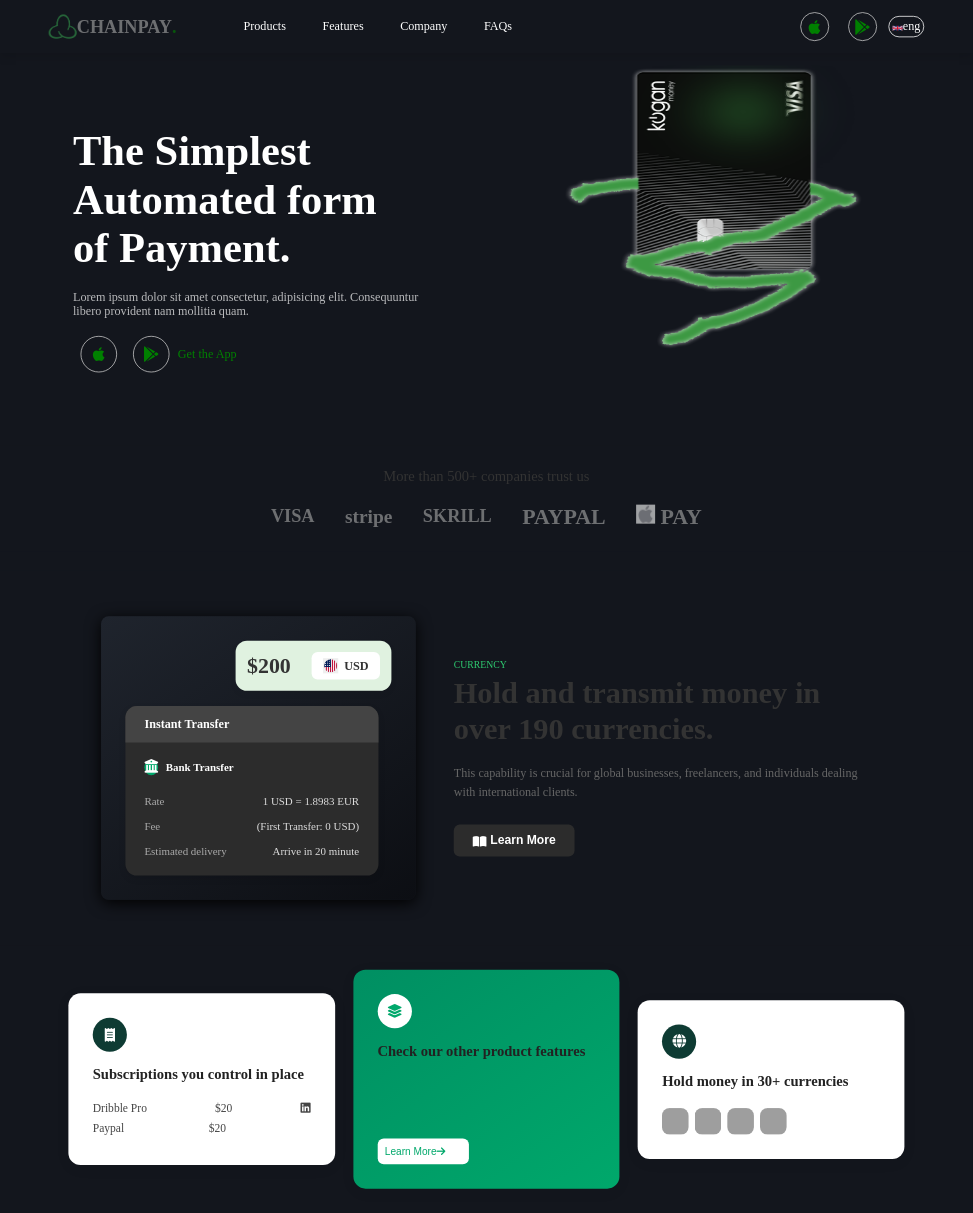
Repository: Austinokezie/Fintech-landing-page
Page: Chainpay.html
An editor plug-in stored every save of this project. The page is shown before and after the next save, followed by the edit.
The browser window is 1280 px wide. The pictures show the whole page, at 76% of full size.
Pictures or frames that could not be fetched are drawn as grey boxes. Some web libraries are served in a nearby version.

Above is the page before, as saved 2025-10-15 20:46:11.

### Chainpay.html
<!DOCTYPE html>
<html lang="en">
<head>
    <meta charset="UTF-8">
    <meta name="viewport" content="width=device-width, initial-scale=1.0">
    <title>Document</title>
    <link rel="stylesheet" href="./Chainpay.css">
    <script src="https://kit.fontawesome.com/988c5ad863.js" crossorigin="anonymous"></script>
</head>
<body>
    <nav>
        <div class="left">
            <div class="logo">
                <img src="./images/logo.png" alt="logo image">

                <span>Chainpay</span><span class="dot">.</span>

            </div>
            <ul class="links">
                <li class="link">Products</li>
                <li class="link">Features</li>
                <li class="link">Company</li>
                <li class="link">FAQs</li>

            </ul>
        </div>

        <div class="btn">
            <i class="fa-brands fa-apple"></i>
            <i class="fa-brands fa-google-play"></i>
            <div class="flag">
                <a href=""><img src="./images/Flag_of_the_United_Kingdom_(1-2).svg.png" alt="flag"><span>eng</span></a>


            </div>

        </div>
    </nav>
    <main>
        <div class="introsection">
            <h1>
                <p>The Simplest</p>
                <p>Automated form</p>
                <p>of Payment.</p>
            </h1>
            <p class="describe">Lorem ipsum dolor sit amet consectetur, adipisicing elit. Consequuntur libero provident nam mollitia quam.</p>
            <div class="btnicons">
                <i class="fa-brands fa-apple"></i>
                <i class="fa-brands fa-google-play"></i>
                <a href="#">Get the App</a>
            </div>
            <!-- <div>
                <button class="btn"> Get Started</button>
                <button class="btn"> Discover More</button>
            </div> -->
        </div>
        <div class="imagesection">
            <img src="./images/card.png" alt="">
        </div>
    </main>
   <section class="trust-section">
      <p class="trust-statement">More than 500+ companies trust us</p>
       <div class="payment-logos">
          <span class="logo visa">VISA</span>
          <span class="logo stripe">stripe</span>
          <span class="logo skrill">Skrill</span>
          <span class="logo paypal">PayPal</span>
          <span class="logo apple-pay"><img src="./images/Apple logo.jpg" alt=""> Pay</span>
        </div>
   </section>
    <section class="currency-feature-section">
            <div class="demo-section">
                <div class="input-card">
                    <span class="amount">$200</span>
                        <div class="currency-selector">
                            <img src="./images/USA FLAG2.jpeg" alt="US Flag" class="flag-icon">
                             <span class="currency-code">USD</span>

                        </div>
                </div>

                <div class="transfer-details-card">
                      <div class="card-header">
                         <span class="header-text">Instant Transfer</span>
                       </div>
                    <div class="transfer-info">
                        <div class="info-line bank-transfer">
                          <span class="icon "><i class="fa-solid fa-building-columns bank-icon"></i></span>
                         <span class="text">Bank Transfer</span>
                       </div>
                       <div class="info-line detail-row">
                          <span class="label">Rate</span>
                          <span class="value">1 USD = 1.8983 EUR</span>
                       </div>
                        <div class="info-line detail-row">
                          <span class="label">Fee</span>
                          <span class="value">(First Transfer: 0 USD)</span>
                       </div>
                       <div class="info-line detail-row">
                          <span class="label">Estimated delivery</span>
                         <span class="value">Arrive in 20 minute</span>
                        </div>
                   </div>
               </div>
            </div>

        <div class="content-section">
               <p class="tagline">Currency</p>
               <h2 class="headline">Hold and transmit money in over 190 currencies.</h2>
               <p class="description">This capability is crucial for global businesses, freelancers, and individuals dealing with international clients.</p>
               <button class="cta-button">
                  <span class="icon learn-icon"><i class="fa-solid fa-book-open"></i></span>
                   Learn More
               </button>
        </div>
    </section>

    <section class="features">
          <div class="card">
               <div class="card-icon">
                 <i class="fa-solid fa-receipt"></i>
                </div>
                <h3>Subscriptions you control in place</h3>
                <div class="card-footer">
                   <div class="item">
                      <span class="text">Dribble Pro</span>
                       <span class="amt">$20</span>
                       <span>
                            <i class="fa-brands fa-linkedin"></i>
                        </span>
                  </div>
                  <div class="item">
                      <span>Paypal</span>
                      <span>$20</span>
                      <span></span>
                   </div>
               </div>
           </div>

           <div class="card active">
               <div class="card-icon">
                  <i class="fa-solid fa-layer-group"></i>
                </div>
                <h3>Check our other product features</h3>
                <button class="learn-more">
                  Learn More <i class="fa-solid fa-arrow-right"></i>
               </button>
            </div>

           <div class="card">
               <div class="card-icon">
                 <i class="fa-solid fa-globe"></i>
               </div>
               <h3>Hold money in 30+ currencies</h3>
               <div class="flag-icons">
                  <img src="https://flagcdn.com/w40/gb.png" alt="UK">
                  <img src="https://flagcdn.com/w40/us.png" alt="US">
                  <img src="https://flagcdn.com/w40/ca.png" alt="Canada">
                  <img src="https://flagcdn.com/w40/eu.png" alt="EU">
              </div>
           </div>
    </section>
</body>
</html>

### Chainpay.css
*{
    margin: 0;
    padding: 0;

}
body{
    background-color: #13161d;
    color: white;
}
nav{
    display: flex;
    justify-content: space-between;
    padding: 16px 64px;
    box-shadow: 0 5px 12px rgba(0, 0, 0, 0.1);
}

nav .left {
    display: flex;
    gap: 4rem;
    align-items: center;
}

nav .logo{
    display: flex;
    align-items: center;

}
nav .logo span{
    font-size: 1.5rem;
    font-weight: bold;
    gap: 2px;

}
nav .logo .dot{
    color: green;
    font-size: 1.5rem;
}
nav .logo img{
    height: 32px;
}
nav .links{
    display: flex;
    list-style: none;

}
nav .links :hover{
    color: forestgreen;
}
nav .links .link{
    padding: 5px 1.5rem;
    font-weight: 500;
}
nav .btn{
    display: flex;
    align-items: center;
    gap: 5px;
}
nav .btn i{
    font-size: 1.3rem;
    background-color: rgba(2, green, blue, alpha);
    color: green;
    padding: .5rem .5rem;
    border: 1px solid #ccc;
    width: 20px;
    height: 20px;
    line-height: 20px;
    text-align: center;
    border-radius: 52px;
    margin:0 10px;
    cursor: pointer;

}
nav .btn .flag{
    display: flex;
    border: 1px solid;
    border-radius: 20px;
    padding: 4px 4px;

}

nav .btn .flag a{
    text-decoration: none;
}
nav .btn .flag img{
    width: .9rem;
    height: .4rem;
}
nav .btn .flag span{
    color: white;
}

main{
    display: flex;
    justify-content: center;
    padding: 1rem 6rem;

    gap: 2rem;
}
main .introsection{
    /* display: flex; */
    padding: 5rem 0;
    /* justify-content: center; */
}
main .introsection h1{
   font-size: 3.5rem;
}
main.introsection h1 p{
    font-size: 5rem;
}
.introsection .describe{
    font-size: 16px;
    opacity: .7;
    margin: 1.5rem 0;
    max-width: 80%;
}
main .imagesection img{
    width: 29rem;
    height: 27rem;
    /* margin-top: 30px; */
}
main .btnicons{
    display: flex;
    gap: 1px;
    align-items: center;
}
main .btnicons a{
    text-decoration: none;
    color: green;
}
main .btnicons i{
    font-size: 1.3rem;
    /* background-color: rgb(36, 17, 17); */
    padding: .5rem .5rem;
    color: green;
    border: 1px solid #ccc;
    width: 30px;
    height: 30px;
    line-height: 30px;
    text-align: center;
    border-radius: 52px;
    margin:0 10px;


}

/* =========================
   🌐 Services Highlight Section
   ========================= */

.trust-section {
    text-align: center;
    padding: 30px 15px;
    background-color: #13161d;
    color: white;
}

.trust-statement {
    font-size: 1.2rem;
    color: #333333; /* Darker text for the statement */
    margin-bottom: 25px;
}

.payment-logos {
    display: flex;
    justify-content: center;
    align-items: center;
    flex-wrap: wrap; /* Allows logos to wrap on smaller screens */
    gap: 40px; /* Space between logos */
}

.logo {
    font-size: 1.5rem;
    font-weight: bold;
    color: #aaaaaa; /* Faded/light gray color as seen in the image */
    text-transform: uppercase;
    opacity: 0.6; /* Slight transparency to enhance the faded look */
    /* Add a specific font-family if you want to match the logo typeface exactly */
}

/* Specific Logo adjustments (optional, to better mimic the logo styles) */
.visa {
    /* No major change needed */
}

.stripe {
    font-size: 1.6rem;
    text-transform: lowercase;
}

.skrill {
    /* No major change needed */
}

.paypal {
    font-size: 1.8rem;
}

.apple-pay {
    font-size: 1.8rem;
    /* The Apple logo  is used directly in the HTML */
}
.apple-pay img{
    width: 25px;
    height: 25px;
}


/* Base Styles */
.currency-feature-section {
    display: flex;
    justify-content: center;
    align-items: center;
    padding: 60px 5%;
    background-color: #13161d;
    color: white;
    font-family: serif;
    box-shadow: rgba(0, 0, 0, 0.1);
    margin-top: 25px;
}

/* --------------------
    Left Column: Demo Section Styling
-------------------- */
.demo-section {
    flex: 1;
    display: flex;
    flex-direction: column;
    gap: 20px;
    padding: 2rem;
    max-width: 350px; /* Limit size for better aesthetics */
    background: linear-gradient(145deg, #1f242d, #0c0e13);
    box-shadow: 0 4px 20px rgba(0, 0, 0, 10);
    border-radius: 10px;
}

/* Input Card */
.input-card {
    background-color: #e0f2e0; /* Lightest green for the card */
    padding: 15px 15px;
    border-radius: 15px;
    display: flex;
    justify-content: space-between;
    align-items: center;
    margin-left: auto;
    box-shadow: 0 4px 10px rgba(0, 0, 0, 0.05); /* Soft shadow */
    width: 50%; /* Smaller than the overall demo section */
}

.input-card .amount {
    font-size: 1.8rem;
    font-weight: bold;
    color: #333;
}

.currency-selector {
    display: flex;
    align-items: center;
    background-color: #fff; /* White background for selector */
    padding: 8px 15px;
    border-radius: 8px;
    font-weight: bold;
    cursor: pointer;
}

.flag-icon {
    width: 20px;
    height: 20px;
    margin-right: 8px;
    /* In a real scenario, you'd load the image */
    /* Placeholder for the flag */
    background-color: #003087; /* Just to show where the flag goes */
    /* border: 1px solid #ccc; */
}
.currency-code {
    color: #333;
}

/* Transfer Details Card */
.transfer-details-card {
    background-color: #2c2c2c; /* Dark background for this card */
    color: #ffffff;
    padding: 0;
    border-radius: 15px;
    box-shadow: 0 4px 10px rgba(0, 0, 0, 0.1);
    width: 95%; /* Wider than the input card */
}

.card-header {
    background-color: #444444; /* Darker header section */
    padding: 15px 25px;
    border-top-left-radius: 15px;
    border-top-right-radius: 15px;
}

.header-text {
    font-weight: bold;
    font-size: 1rem;
}

.transfer-info {
    padding: 15px 25px;
}

.info-line {
    display: flex;
    justify-content: space-between;
    padding: 8px 0;
    font-size: 0.9rem;
    color: #dddddd; /* Light text for details */
    gap: 10px;
}

.bank-transfer {
    justify-content: flex-start;
    align-items: center;
    font-weight: bold;
    color: #ffffff;
    margin-bottom: 10px;
}

.bank-icon {
    display: flex;
    align-items: center;
    width: 20p;
    height: 20px;
    background-color: #00a86b; /* Green circle icon color */
    border-radius: 50%;
    font-size: 18px;
    /* margin-right: 10px; */
    /* flex-shrink: 0; */

}
.bank-icon i{
    font-size: 18px;
    color: #00a86b;
    line-height: 1;
}

.detail-row .label {
    color: #aaaaaa; /* Lighter gray for labels */
}

.detail-row .value {
    text-align: right;
}

/* --------------------
    Right Column: Content Section Styling
-------------------- */
.content-section {
    flex: 1;
    max-width: 550px;
    padding-left: 50px;
    color: #f5f5dc;
}

.tagline {
    font-size: 0.8rem;
    color: #2ecc71;
    text-transform: uppercase;
    margin-bottom: 5px;
}

.headline {
    font-size: 2.5rem;
    font-weight: 900;
    line-height: 1.2;
    color: #333;
    margin: 0 0 20px 0;
}

.description {
    font-size: 1rem;
    line-height: 1.6;
    color: #666;
    margin-bottom: 30px;
}

.cta-button {
    background-color: #2c2c2c; /* Dark background for CTA */
    color: #ffffff;
    border: none;
    padding: 12px 25px;
    border-radius: 8px;
    font-size: 1rem;
    font-weight: bold;
    cursor: pointer;
    display: flex;
    align-items: center;
    transition: background-color 0.3s;
}

.cta-button:hover {
    background-color: #444444;
}

.learn-icon {
    width: 15px;
    height: 15px;
    /* background-color: #00a86b; Small green icon placeholder */
    border-radius: 3px;
    margin-right: 8px;
}

/* === Feature Section === */
.features {
  display: flex;
  justify-content: center;
  align-items: center;
  gap: 1.5rem;
  padding: 2rem;
  max-width: 1100px;
  flex-wrap: nowrap;
  margin: 0 auto;

}

/* === Card === */
.card {
  background: #fff;
  border-radius: 16px;
  padding: 2rem;
  width: 300px;
  box-shadow: 0 4px 20px rgba(0, 0, 0, 0.05);
  display: flex;
  flex-direction: column;
  justify-content: space-between;
  transition: transform 0.3s ease;
}

.card:hover {
  transform: translateY(-5px);
}

/* === Icon Circle === */
.card-icon {
  background-color: #0e3b33;
  color: #fff;
  width: 45px;
  height: 45px;
  border-radius: 50%;
  display: flex;
  align-items: center;
  justify-content: center;
  font-size: 18px;
  margin-bottom: 1.2rem;
}

/* === Card Headings === */
.card h3 {
  font-size: 1.2rem;
  margin-bottom: 1.5rem;
  color: #222;
}

/* === Active (Middle) Card === */
.card.active {
  background: linear-gradient(145deg, #008f62, #00a86b);
  color: #fff;
}

.card.active .card-icon {
  background-color: #fff;
  color: #00a86b;
}

/* === Learn More Button === */
.learn-more {
  margin-top: 80px;
  background-color: #fff;
  color: #00a86b;
  border: none;
  width: 120px;
  padding: 0.6rem ;
  border-radius: 8px;
  cursor: pointer;
  font-weight: 500;
  display: inline-flex;
  align-items: center;
  /* gap: 8px; */
  transition: all 0.3s ease;
}

.learn-more:hover {
  background-color: #e8f6f0;
}

/* === Footer Items (First Card) === */
.card-footer .item {
  display: flex;
  justify-content: space-between;
  margin-bottom: 0.5rem;
  font-size: 0.95rem;
  color: #444;
}

/* === Flag Icons (Last Card) === */
.flag-icons {
  display: flex;
  gap: 0.5rem;
}

.flag-icons img {
  width: 35px;
  height: 35px;
  border-radius: 10px;
  object-fit: cover;
}



/* --------------------
    Media Queries
-------------------- */

/* Tablet View (Max-width: 768px) */
@media (max-width: 768px) {
    .trust-statement {
        font-size: 1.1rem;
        margin-bottom: 20px;
    }

    .payment-logos {
        gap: 30px; /* Reduce spacing between logos */
    }

    .logo {
        font-size: 1.4rem; /* Slightly smaller logos */
    }

    .stripe {
        font-size: 1.5rem;
    }

    .paypal,
    .apple-pay {
        font-size: 1.7rem;
    }
}

/* Mobile View (Max-width: 480px) */
@media (max-width: 480px) {
    .trust-section {
        padding: 20px 10px;
    }

    .trust-statement {
        font-size: 1rem;
        margin-bottom: 15px;
    }

    .payment-logos {
        gap: 20px 30px; /* Vertical and horizontal gap */
        /* Logos might wrap to a new line on very small screens */
    }

    .logo {
        font-size: 1.2rem; /* Smaller logos for mobile */
    }

    .stripe {
        font-size: 1.3rem;
    }

    .paypal,
    .apple-pay {
        font-size: 1.5rem;
    }
}


/* Tablet View (Max-width: 768px) */
@media (max-width: 768px) {
    .currency-feature-section {
        flex-direction: column; /* Stack columns vertically */
        padding: 40px 5%;
    }

    .demo-section {
        padding-right: 0;
        margin-bottom: 30px;
        width: 100%;
        max-width: none;
        align-items: center; /* Center the cards */
    }

    .input-card {
        width: 70%;
        max-width: 350px;
    }

    .transfer-details-card {
        width: 80%;
        max-width: 400px;
    }

    .content-section {
        padding-left: 0;
        text-align: center; /* Center align text */
        max-width: 100%;
    }

    .headline {
        font-size: 2rem;
    }

    .cta-button {
        margin: 0 auto; /* Center the button */
    }
}

/* Mobile View (Max-width: 480px) */
@media (max-width: 480px) {
    .currency-feature-section {
        padding: 30px 4%;
    }

    .headline {
        font-size: 1.7rem;
    }

    .description {
        font-size: 0.9rem;
    }

    .input-card {
        width: 100%; /* Full width for smaller screens */
        max-width: none;
        padding: 15px 20px;
    }

    .input-card .amount {
        font-size: 1.5rem;
    }

    .currency-selector {
        padding: 6px 10px;
    }

    .transfer-details-card {
        width: 95%; /* Keep it slightly narrower than full width */
        max-width: none;
    }

    .info-line {
        font-size: 0.85rem;
    }
}

After the next save:
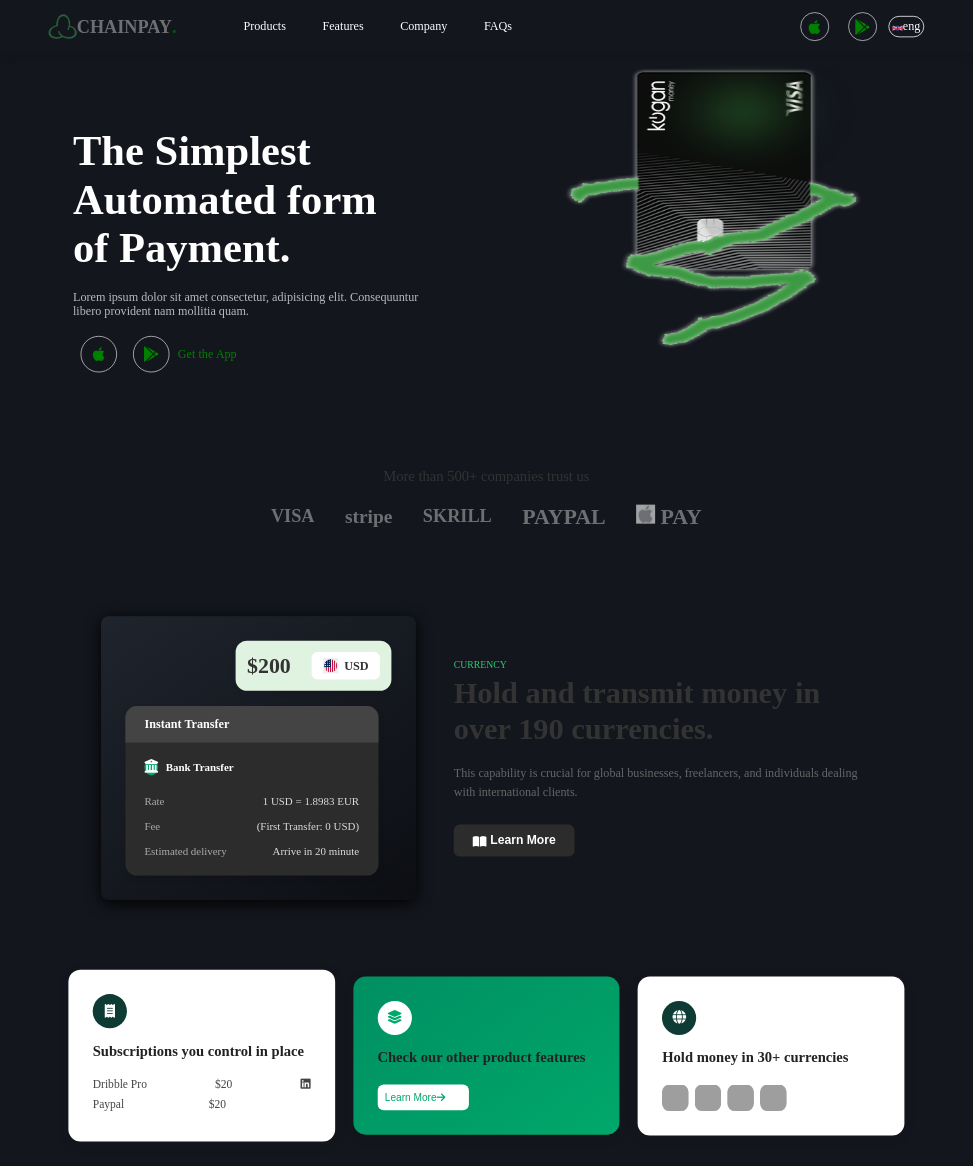
Saved 12 s later.
--- a/Chainpay.css
+++ b/Chainpay.css
@@ -466,7 +466,7 @@
 
 /* === Learn More Button === */
 .learn-more {
-  margin-top: 80px;
+  margin-top: ;
   background-color: #fff;
   color: #00a86b;
   border: none;
